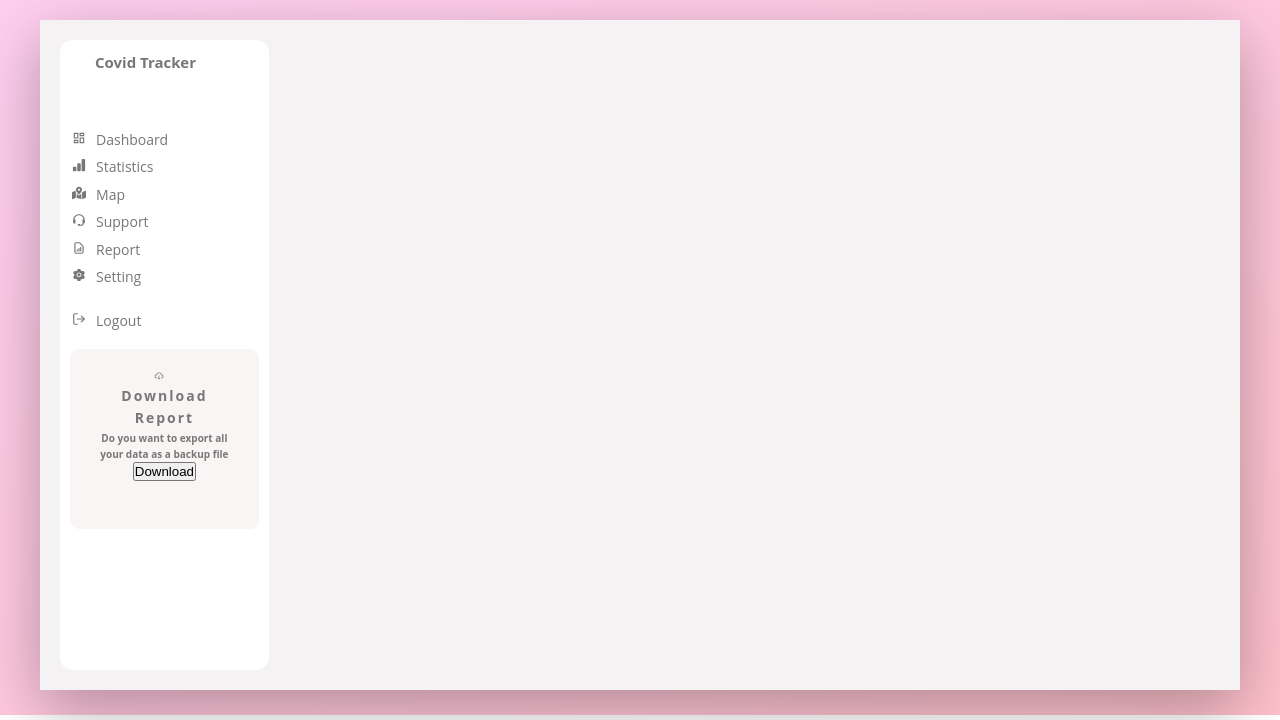
Repository: okidijimmy200/CovidAdminTracker
Page: /
An editor plug-in stored every save of this project. The page is shown before and after a run of saves, followed by the edit.
The browser window is 1280 px wide. The pictures show the whole page.
The project was rebuilt for these pictures with package versions that can differ from the ones it lists, and the page was loaded fresh each time.

Above is the page before, as saved 2022-06-16 12:56:44.

### public/index.html
<!DOCTYPE html>
<html lang="en">
  <head>
    <meta charset="utf-8" />
    <link rel="icon" href="%PUBLIC_URL%/favicon.ico" />
    <meta name="viewport" content="width=device-width, initial-scale=1" />
    <meta name="theme-color" content="#000000" />
    <meta
      name="description"
      content="Web site created using create-react-app"
    />
    <link rel="apple-touch-icon" href="%PUBLIC_URL%/logo192.png" />
    <!--
      manifest.json provides metadata used when your web app is installed on a
      user's mobile device or desktop. See https://developers.google.com/web/fundamentals/web-app-manifest/
    -->
    <link rel="manifest" href="%PUBLIC_URL%/manifest.json" />
    <!--
      Notice the use of %PUBLIC_URL% in the tags above.
      It will be replaced with the URL of the `public` folder during the build.
      Only files inside the `public` folder can be referenced from the HTML.

      Unlike "/favicon.ico" or "favicon.ico", "%PUBLIC_URL%/favicon.ico" will
      work correctly both with client-side routing and a non-root public URL.
      Learn how to configure a non-root public URL by running `npm run build`.
    -->
    <title>Covid Admin Tracker</title>
  </head>
  <body>
    <noscript>You need to enable JavaScript to run this app.</noscript>
    <div id="root"></div>
    <!--
      This HTML file is a template.
      If you open it directly in the browser, you will see an empty page.

      You can add webfonts, meta tags, or analytics to this file.
      The build step will place the bundled scripts into the <body> tag.

      To begin the development, run `npm start` or `yarn start`.
      To create a production bundle, use `npm run build` or `yarn build`.
    -->
  </body>
</html>

### src/index.scss
:root {
  --color-primary:#eb2f64;
  --color-primary-light:#ffcff1;
  --color-primary-dark:#ffc1cc;
  --color-grey-light-1: #faf9f9;
  --color-grey-light-2: #f4f2f2;
  --color-grey-light-3: #f0eeee;
  --color-grey-light-4: #ccc;
  --color-grey-dark-1: #333;
  --color-grey-dark-2: #777;
  --color-grey-dark-3: #999;

  // creating variable for box
  --shadow-dark: 0 2rem 6rem rgba(0, 0, 0, 0.3);

  --shadow-light: 0 2rem 5rem rgba(0,0,0,.06);
}


* {
  margin: 0;
  padding: 0;
}
*,
*::before,
*::after {
  box-sizing: inherit;
}

html {
  box-sizing: border-box;
  font-size: 62.5%;

}

body {
  font-family: 'Open Sans', sans-serif;
  font-weight: 400;
  line-height: 1.6;
  color: var(--color-grey-dark-2);
  background-image: linear-gradient(to right bottom, var(--color-primary-light), var(--color-primary-dark));
  background-size: cover;
  background-repeat: no-repeat;
  min-height: 96.5vh;
}

### src/App.tsx
import React from 'react';
import Sidebar from './sidebar/sidebar';
import Content from './core/content';
import './App.scss';

function App() {
  return (
    <div data-testid='container' className="container">
      <div className="content">
      <Sidebar />
      <Content />
      </div>

    </div>
  );
}

export default App;

### src/sidebar/sidebar.tsx
import React from 'react'
import {MdOutlineDashboard  } from 'react-icons/md'
import { BsFillBarChartFill } from 'react-icons/bs'
import { FaMapMarkedAlt } from 'react-icons/fa'
import { BiSupport } from 'react-icons/bi'
import { HiOutlineDocumentReport } from 'react-icons/hi'
import { AiFillSetting } from 'react-icons/ai'
import { FiLogOut } from 'react-icons/fi'
import { AiOutlineCloudDownload } from 'react-icons/ai'

import './sidebar.scss'

export default function sidebar() {
  return (
    <>
    <nav className="sidebar">
        <h2 className='title'>Covid Tracker</h2>
        <div className='sidebar-flex'>
            <div>
            <ul className="side-nav">
            <li className="side-nav__item side-nav__item--active">
                <span className='side-nav__icon'><MdOutlineDashboard /></span>
                    <span>Dashboard</span>
            </li>
            <li className="side-nav__item">
                {/* <a href="#" class="side-nav__link"> */}
                    <span className="side-nav__icon">
                        <BsFillBarChartFill />
                        {/* <use xlink:href="img/spritspam#icon-aircraft-take-off"></use> */}
                    </span>
                    <span>Statistics</span>
                {/* </a> */}
            </li>
            <li className="side-nav__item">
                {/* <a href="#" class="side-nav__link"> */}
                    <span className="side-nav__icon">
                        <FaMapMarkedAlt />
                        {/* <use xlink:href="img/sprite.svg#icon-key"></use> */}
                    </span>
                    <span>Map</span>
                {/* </a> */}
            </li>
            <li className="side-nav__item">
                {/* <a href="#" className="side-nav__link"> */}
                    <span className="side-nav__icon">
                        {/* <use xlink:href="img/sprite.svg#icon-map"></use> */}
                        <BiSupport />
                    </span>
                    <span>Support</span>
                {/* </a> */}
            </li>
            <li className="side-nav__item">
                {/* <a href="#" className="side-nav__link"> */}
                    <span className="side-nav__icon">
                        {/* <use xlink:href="img/sprite.svg#icon-map"></use> */}
                        <HiOutlineDocumentReport />
                    </span>
                    <span>Report</span>
                {/* </a> */}
            </li>
            <li className="side-nav__item">
                {/* <a href="#" className="side-nav__link"> */}
                    <span className="side-nav__icon">
                        {/* <use xlink:href="img/sprite.svg#icon-map"></use> */}
                        <AiFillSetting />
                    </span>
                    <span>Setting</span>
                {/* </a> */}
            </li>
        </ul>
            </div>
            <div>
                <ul className="side-nav logout">
                <li className="side-nav__item">
                <span className="side-nav__icon">
                        <FiLogOut />
                    </span>
                <span>Logout</span>
            </li>
                </ul>

            </div>

        <div className="download">
            <div className='download__container'>
            <span className="side-nav__icon">
                <AiOutlineCloudDownload />
            </span>
            <h2 className='title__download'>Download Report</h2>
                <h4>Do you want to export all your data as a backup file</h4>
            <button>Download</button>
            </div>

        </div>
        </div>
    </nav>
</>
  )
}

### src/core/content.tsx
import React from 'react'

import './content.scss'

export default function Content() {
  return (
    <main className="hotel-view">
    </main>
  )
}

### src/App.scss
.container {
  max-width: 120rem;
  // centering in the view port
  margin: 2rem auto;
  background-color: var(--color-grey-light-2);
  // box-shadow:;
  box-shadow: var(--shadow-dark);

  // min height for testing
  // min-height: 60rem;

}

.content {
  display: flex;
  min-height: 93vh;
  padding: 2rem;
}

### src/sidebar/sidebar.scss

.sidebar {
    // styling the sidebar
    background-color: #fff;
    // flex property to define width, grow 0, shrink 0
    flex: 0 0 18%;
    // to create alot of space in the container for legal text
    border-radius: 1.3rem;
}

.side-nav {
    // adding font size
    font-size: 1.4rem;
    list-style: none;
    margin-top: 3.5rem;


   &__item {
       // parent element set to relative to element the hover effect
       position: relative;
       cursor: pointer;
       margin-left: 1.2rem;

       // to create space btn the items
       &:not(:last-child) {
           margin-bottom: .5rem;
       }
   }

   // this shd be visible only when we hover the item
   &__item:hover::before,
   // to make one of the li items initially highlighted
   &__item--active::before {
       width: 100%;
   }

   // to show the item as selected
   &__item:active::before {
       background-color: #fff;
   }


   &__link:link,
   &__link:visited {
    //    color: var(--color-grey-light-1);
       text-decoration: none;
       text-transform: uppercase;
       display: inline-block;
       padding: 1.5rem 3rem;
       // z-index only works with positioning
       position: relative;
       z-index: 10;
       // to align items in straight line
       display: flex;
       align-items: center;
   }

   &__icon {
       // reduce size of icons
       width: 1.75rem;
       height: 1.75rem;
       margin-right: 1rem;
       // current color is the color of the current element
       fill:currentColor;
   }
}
.logout {
    margin-top: 2.2rem;
    margin-bottom: 1.6rem;
}
.sidebar-flex {
    display: flex;
    flex-direction: column;
    height: 45rem;
}
.title {
    padding: 1rem 2rem 2rem 3.5rem;
}

.download {
    border-radius: .9rem;
    background-color: #F9F5F4;
    height: 18rem;
    margin: 0 1rem;

    &__container {
        text-align: center;
        margin: 2rem;
    }
}
.title__download {
    font-size: 1.4rem;
    font-weight: bold;
    letter-spacing: 2px;
}

### src/core/content.scss
.hotel-view {
    // background-color: #fff;
    // to make the hotel-view cover up the remaining space
    flex: 1;
    margin-left: 2rem;
}

Loaded but not shown: src/index.tsx (common file); src/reportWebVitals.ts (common file)

After the next 2 saves:
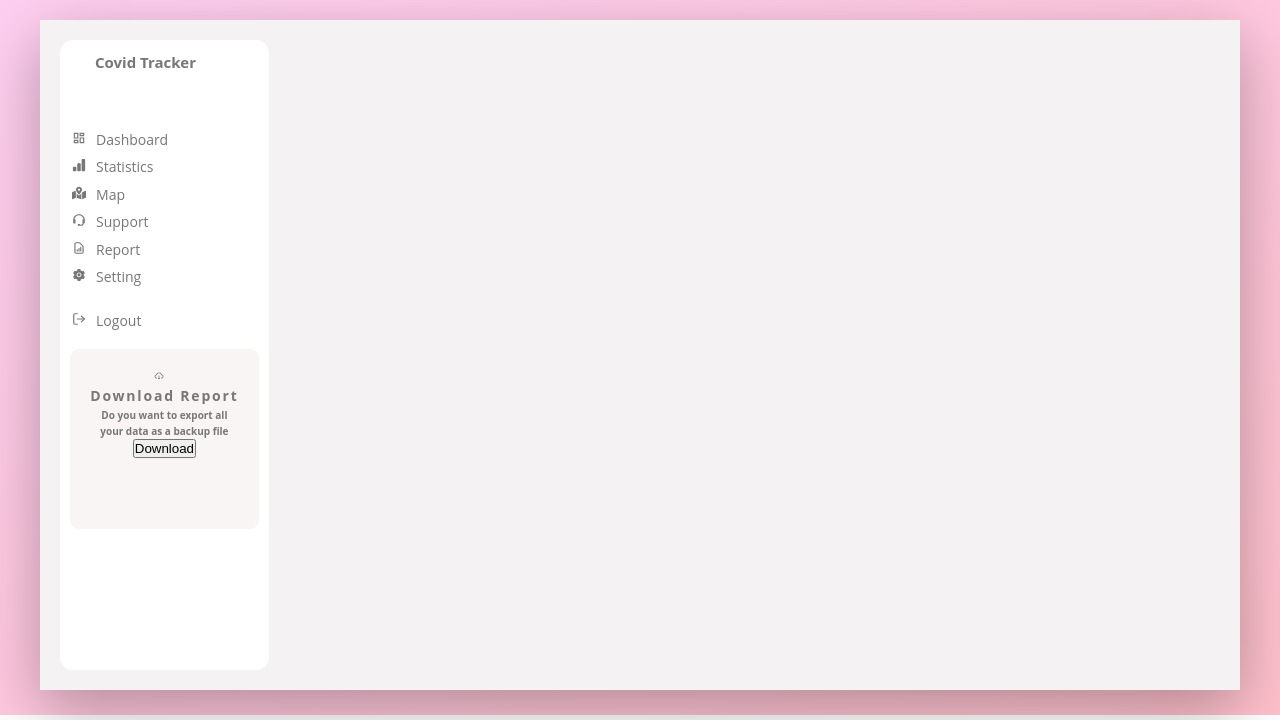
The 2 saves are shown as one change because they came seconds apart.
The last was saved 26 s later.
--- a/src/sidebar/sidebar.scss
+++ b/src/sidebar/sidebar.scss
@@ -91,5 +91,5 @@
 .title__download {
     font-size: 1.4rem;
     font-weight: bold;
-    letter-spacing: 2px;
+    letter-spacing: 1.8px;
 }
